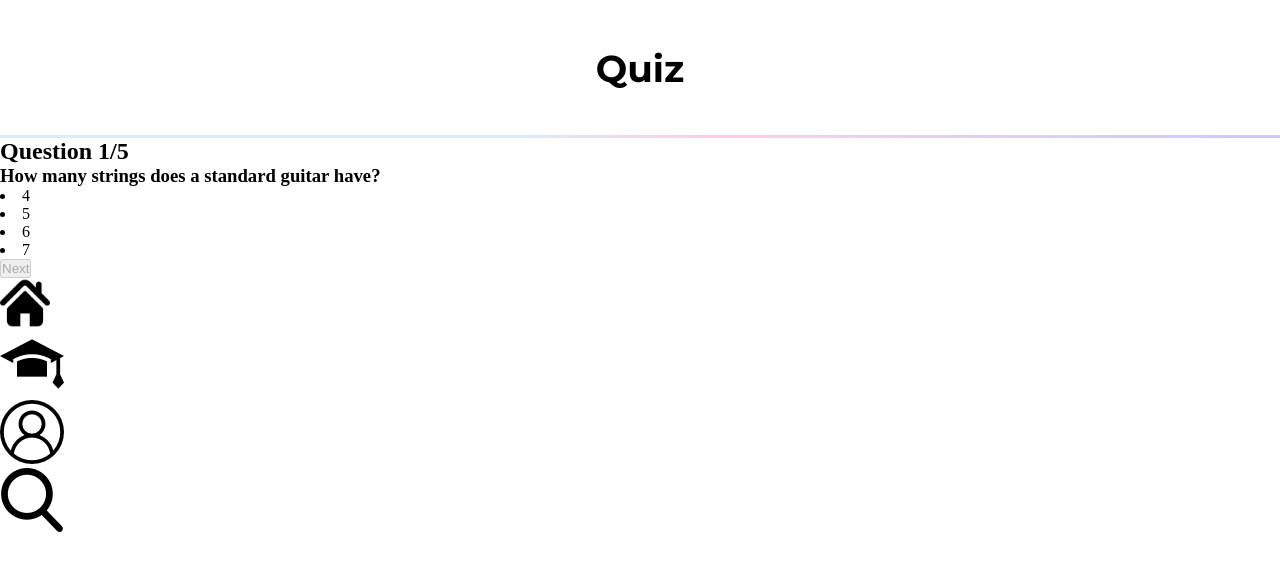
Repository: 1medi/pocketprof
Page: /quiz/page
An editor plug-in stored every save of this project. The page is shown before and after the next save, followed by the edit.
The browser window is 1280 px wide. The pictures show the whole page.
The project was rebuilt for these pictures with package versions that can differ from the ones it lists, and the page was loaded fresh each time. The framework's server and built-in components were replaced by stand-ins that run in the browser. Also part of the build but not shown: next.config.mjs, Components/Buttons/Oscar/Oscar.module.css, Components/Buttons/Oscar/index.js.

Above is the page before, as saved 2024-04-13 22:49:43.

### pages/quiz/page.jsx
'use client';
import React, { useState, useRef, useEffect } from 'react';
import { quiz } from "../data"
import styles from "./page.module.css"
import { Montserrat } from "next/font/google"
import Header from '@/Components/Header';
import NavBar from "@/Components/Navbar"


const notoSans = Montserrat({
  subsets: ['latin'],
});

export default function Page() {
  const [activeQuestion, setActiveQuestion] = useState(0);
  const [selectedAnswer, setSelectedAnswer] = useState('');
  const [checked, setChecked] = useState(false);
  const [selectedAnswerIndex, setSelectedAnswerIndex] = useState(null);
  const [showResult, setShowResult] = useState(false);
  const [result, setResult] = useState({
    score: 0,
    correctAnswers: 0,
    wrongAnswers: 0,
  });

  const nextButtonRef = useRef(null);

  const { questions } = quiz;
  const { answers, correctAnswer } = questions[activeQuestion];

  const onAnswerSelected = (answer, idx, event = null) => {
    if (event && event.type === 'keydown' && (event.key !== 'Enter' && event.key !== ' ')) {
      return;
    }
    setChecked(true);
    setSelectedAnswerIndex(idx);
    if (answer === correctAnswer) {
      setSelectedAnswer(true);
      console.log('true');
    } else {
      setSelectedAnswer(false);
      console.log('false');
    }
  };


  useEffect(() => {
    if (checked && nextButtonRef.current) {
      nextButtonRef.current.focus();
    }
  }, [checked]);

  const nextQuestion = () => {
    setSelectedAnswerIndex(null);
    setResult((prev) =>
      selectedAnswer
        ? {
            ...prev,
            score: prev.score + 5,
            correctAnswers: prev.correctAnswers + 1,
          }
        : {...prev,
            wrongAnswers: prev.wrongAnswers + 1,
          }
    );
    if (activeQuestion !== questions.length - 1) {
      setActiveQuestion((prev) => prev + 1);
    } else {
      setActiveQuestion(0);
      setShowResult(true);
    }
    setChecked(false);
  };

  return (
    <>
    <Header name="Quiz"/>
      <div className={`${styles.container}`}>
      <div>
      {!showResult && (
        <h2 className={styles.activeQ}>
          Question {activeQuestion + 1}
          <span>/{questions.length}</span>
        </h2>
      )}
    </div>
      <div>
        {!showResult ? (
          <div className={styles.quizContainer}>
            <h3 className={styles.question}>{questions[activeQuestion].question}</h3>
            {answers.map((answer, idx) => (
              <li
                key={idx}
                onClick={() => onAnswerSelected(answer, idx)}
                onKeyDown={(event) => onAnswerSelected(answer, idx, event)}
                className={`${styles.answerList} ${selectedAnswerIndex === idx ? styles.itemSelected : styles.itemHover}`}
                tabIndex={0}>
                <span>{answer}</span>
              </li>
            ))}

            <button
              ref={nextButtonRef}
              onClick={nextQuestion}
              className={checked ? styles.btn : styles.btnDisabled}
              tabIndex={2}
              disabled={!checked}>
              {activeQuestion === questions.length - 1 ? 'Finish' : 'Next'}
            </button>
          </div>
        ) : (
          <div className={styles.quizContainer}>
            <div className={styles.result}><h3 className={styles.hthree}>Results</h3></div>
            <div><h2 className={styles.htwo}>Overall {(result.score / (questions.length * 5)) * 100}%</h2></div>
            <div className={styles.resultBox}>
              <p className={styles.paragraph}>
              Total Questions: <span>{questions.length}</span>
            </p>
            <p className={styles.paragraph}>
              Total Score: <span>{result.score}</span>
            </p>
            <p className={styles.paragraph}>
              Correct Answers: <span>{result.correctAnswers}</span>
            </p>
            <p className={styles.paragraph}>
              Wrong Answers: <span>{result.wrongAnswers}</span>
            </p>
            </div>
            <button className={styles.btn} onClick={() => window.location.reload()}>Restart</button>
          </div>
        )}
      </div>
    </div>
    <NavBar/>
    </>

  );
};

### styles/globals.css
:root {
background-color: white;
align-content: center;
--main-color-purple: #53239B;
--main-color-lightpurple: #CCBFED;
--secondary-color-blue: #9AB7F9;
--secondary-color-lightblue: #CCE3FB;

--font-header: 34pt ;
--font-section-header: 28pt;
--font-sub-header: 24pt;
--font-button: 16pt;
--font-body: 16pt;
--font-secondary: 14pt;
--font-tertiary:12pt;

--headings: "Montserrat", "sans-serif";;
--body-text: "Noto Sans", sans-serif;

}


* {
    padding: 0;
    margin: 0;
  }

  ol,
  ul {
    list-style: none;
  }

### pages/data.js
export const quiz = {
    totalQuestions: 5,
    questions: [
      {
        id: 1,
        question: 'How many strings does a standard guitar have?',
        answers: ['4', '5', '6', '7'],
        correctAnswer: '6',
      },
      {
        id: 2,
        question: 'Which part of the guitar do you strum or pluck the strings with?',
        answers: ['Headstock', 'Fretboard', 'Body', 'Bridge'],
        correctAnswer: 'Body',
      },
      {
        id: 3,
        question: 'What is a pick used for in playing the guitar?',
        answers: ['Holding the strings down', 'Strumming or plucking the strings', 'Keeping the guitar in tune', 'San Marino'],
        correctAnswer: 'Strumming or plucking the strings',
      },
      {
        id: 4,
        question: 'What is the name of the thickest string on the guitar?',
        answers: ['A string', 'E string', 'D string', 'G string'],
        correctAnswer: 'E string',
      },
      {
        id: 5,
        question: 'Where do you place your fingers to play different notes on the guitar?',
        answers: ['On the body', 'On the headstock', 'On the strings over the fretboard', 'On the tuning pegs'],
        correctAnswer: 'On the strings over the fretboard',
      },
    ],
  };

### pages/quiz/page.module.css

@media only screen and (max-width:431px) {
  .container{
  padding: 1rem 0;
  background-color: white;
  width: 95%;
  margin: auto;
  margin-top: 3rem;
  border-radius: 10px;
  font-size: var(--font-body);

}

.activeQ{
  color: black;
  text-align: center;
  padding:10px;
  font-family: var(--headings);
}

.question{
  font-family: var(--body-text);
  font-size: var(--font-body);
  margin: 20px 10px;

}

.htwo {
  padding-bottom: 2rem;
  color: #000105;
  font-family: var(--headings);
  font-size: var(--font-sub-header);
}

.hthree {
  padding-bottom: 2rem;
  color: #000105;
  font-family: var(--headings);
  font-size: var(--font-sub-header);
  text-align: left;
}

.result{
  left:0;
  width:100%;
  border-bottom: 0.5px solid black;
  height: 40px;
  margin-bottom: 3rem;
}

.btn {
  padding: 16px 8px;
  width: 100%;
  margin-top: 12px;
  font-size: var(--font-button);
  border-radius: 5px;
  cursor: pointer;
  background-color: var(--main-color-purple);
  color: white;
  font-family: var(--headings);
  align-self: center;
}

.btnDisabled {
  background-color: lightgray;
  padding: 16px 8px;
  width: 100%;
  margin-top: 12px;
  font-size: var(--font-button);
  border-radius: 4px;
  color: darkgray;
  font-family: var(--headings);
}

.answerList {
  list-style-type: none;
  cursor: pointer;
  margin: 10px 50px;
  padding: 8px 15px;
  color: #000105;
  border: 1.5px solid lightgray;
  background-color: white;
  font-family: var(--body-text);
  font-size: var(--font-secondary);
  width: 70%;
}


.activeQ{
  margin: 1rem;
}

.itemHover:hover {
  background-color: #CCBFED;
  columns: #fff;
}

.itemSelected {
  color: #474747;
  background-color:#8E71D5;
}

.quizContainer {
  background: linear-gradient(-10deg, #d9edf7 35%, rgba(237, 202, 216, 0) 50%, var(--main-color-lightpurple)), radial-gradient(circle, #ffcae1 0, #daeafc 100%);
  padding: 1rem;
  margin-top: 2rem;
  border-radius: 4px;
  display: flex;
  flex-direction: column;
  justify-content: center;
  align-items: center;

}

.paragraph {
  padding: 8px 0;
  font-size: var(--font-body);
  font-family: var(--body-text);
  margin: 10px;
  padding: 8px 50px 8px 10px;
  color: #000105;
  border-bottom: 1.5px solid lightgray;
  background-color: white;
  text-align: left;
}

.resultBox{
  background-color: white;
  padding: 2rem;
  width: fit-content;
  display: flex;
  flex-direction: column;
  align-self: center;
  border-radius: 10px;
  margin-bottom: 2rem;

}

}

### Components/Header/index.js
import styles from "@/Components/Header/Header.module.css"
import Link from "next/link"

export default function Header({name}){
  return (
    <>
    <header className={styles.header}>

      <h1 className={styles.headerTitle}>{name}</h1>
    </header>
    </>
  )
}

### Components/Navbar/index.js
import styles from "./Navbar.module.css"
import Oscar from "@/Components/Buttons/Oscar"
import Link from "next/link"
import Home from "@/public/img/home-icon-silhouette.png"
import Image from "next/image"
import Learn from "@/public/img/learn.png"
import Profile from "@/public/img/navuser.png"
import Search from "@/public/img/search.png"

export default function NavBar() {
  return (
    <nav className={styles.nav}>
      <div className={styles.navContainer}>
        <ul className={styles.navOptions}>
          <li className={styles.navLink}>
            <Link href={'/'} className={styles.navText}>
              <Image
              className={styles.image}
              src={Home}
              width={50}
              height={50}
              />
            </Link>
          </li>
          <li className={styles.navLink}>
            <Link href={'/Courses'} className={styles.navText}>
              <Image
              className={styles.image}
              src={Learn}
              width={64}
              height={64}
              />
            </Link>
          </li>
          <li className={styles.navLink}>
            <Link href={'/Profile'} className={styles.navText}>
              <Image
              className={styles.image}
              src={Profile}
              />
            </Link>
          </li>
          <li className={styles.navLink}>
            <Link href={'/QuizPage'} className={styles.navText}>
              <Image
              className={styles.image}
              src={Search}
              />

            </Link>
          </li>
        </ul>
      </div>
    </nav>
  )
}

### Components/Header/Header.module.css
.header{
  max-height: 400;
  height: 6em;
  position: relative;
  padding: 1.3rem;
  backdrop-filter: blur(10px);
  }

  .header::before {
    content: "";
    position: absolute;
    inset: 0;
    border-bottom: 3px solid transparent;
    background: linear-gradient(140deg,  #d9edf7 35%, rgba(237, 202, 216, 0) 50%, var(--main-color-lightpurple)), radial-gradient(circle, #ffcae1 0, #daeafc 100%) border-box;
    mask: linear-gradient(#fff 0 0) padding-box, linear-gradient(#fff 0 0);
    mask-composite: exclude;
  }


.headerTitle{
  text-align: center;
  margin:auto;
  display: flex;
  justify-content: center;
  color: black;
  padding-top: 25px;
  font-family: var(--headings);
  font-size: var(--font-section-header);
}

### Components/Navbar/Navbar.module.css
@media only screen and (max-width:430px) {
  .nav {
  position: fixed;
  bottom: 0;
  left: 0;
  width: 100%;
  display: flex;
  flex-direction: row;
  background-color:var(--main-color-lightpurple);
  justify-content: space-around;
}

.navContainer{
  position: relative;
  justify-content: space-around;
  width: 100%;
}
.buttonContainer{
  padding:10px;

}

.navOptions{
  display: flex;
  flex-direction: row;
  text-align: center;
  justify-content: space-around;
  padding: 10px;
  text-decoration: none;
}

.navLink{
  padding: 10px;
  border-radius: 10px;
  text-decoration: none;
  list-style: none;
  position: relative;
  justify-content: center;
}

.image:hover{
  background-color: #8b82a4;
}

.navText{
  text-decoration: none;
  list-style: none;
  color:black;
}

.navText:visited{
  text-decoration: none;
  list-style: none;
  color: black;
}
}

Loaded but not shown: pages/_app.js (common file); pages/_document.js (common file)

After the next save:
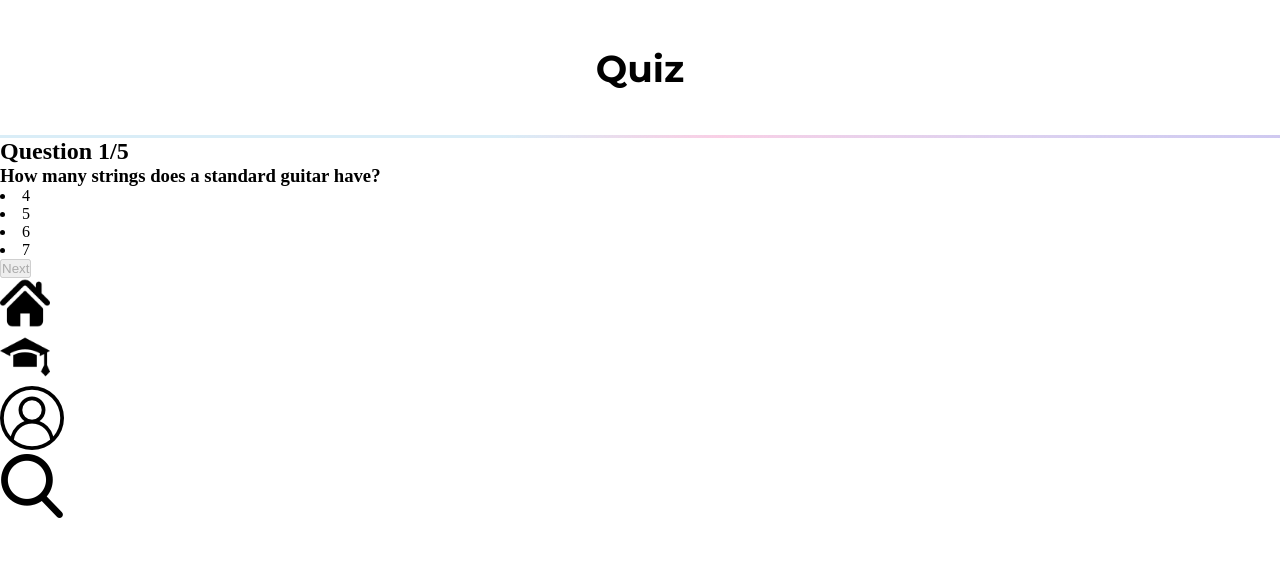
Saved 10 s later.
--- a/Components/Navbar/index.js
+++ b/Components/Navbar/index.js
@@ -27,8 +27,8 @@ export default function NavBar() {
               <Image
               className={styles.image}
               src={Learn}
-              width={64}
-              height={64}
+              width={50}
+              height={50}
               />
             </Link>
           </li>
